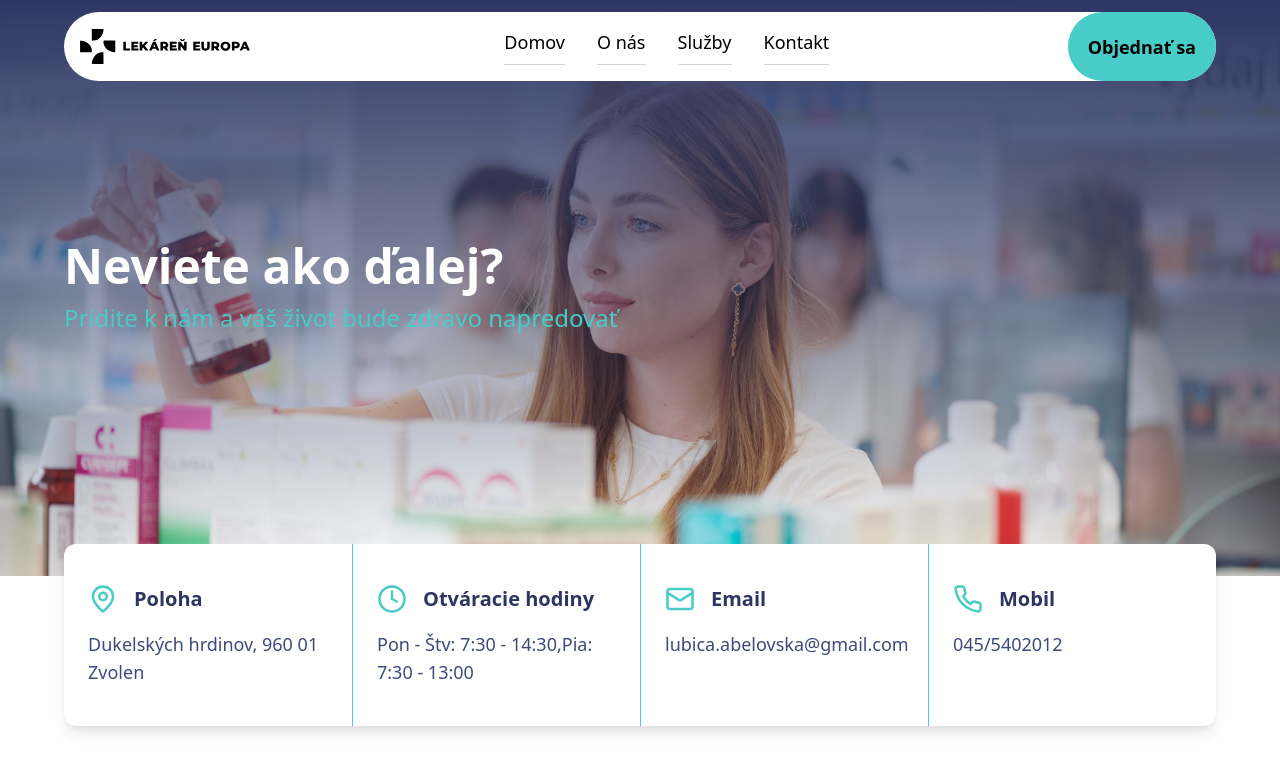
Repository: SimonSkoda13/Lekaren
Page: /
The author's editor kept a copy of each file at every save. The page is drawn from the files as they stood at one save, then again after the next save.
The browser window is 1280 px wide. The pictures show the whole page.
The project was rebuilt for these pictures with package versions that can differ from the ones it lists, and the page was loaded fresh each time. The framework's server and built-in components were replaced by stand-ins that run in the browser. Also part of the build but not shown: next.config.js.

Above is the page before, as saved 2023-04-22 20:10:08.

After the next save:
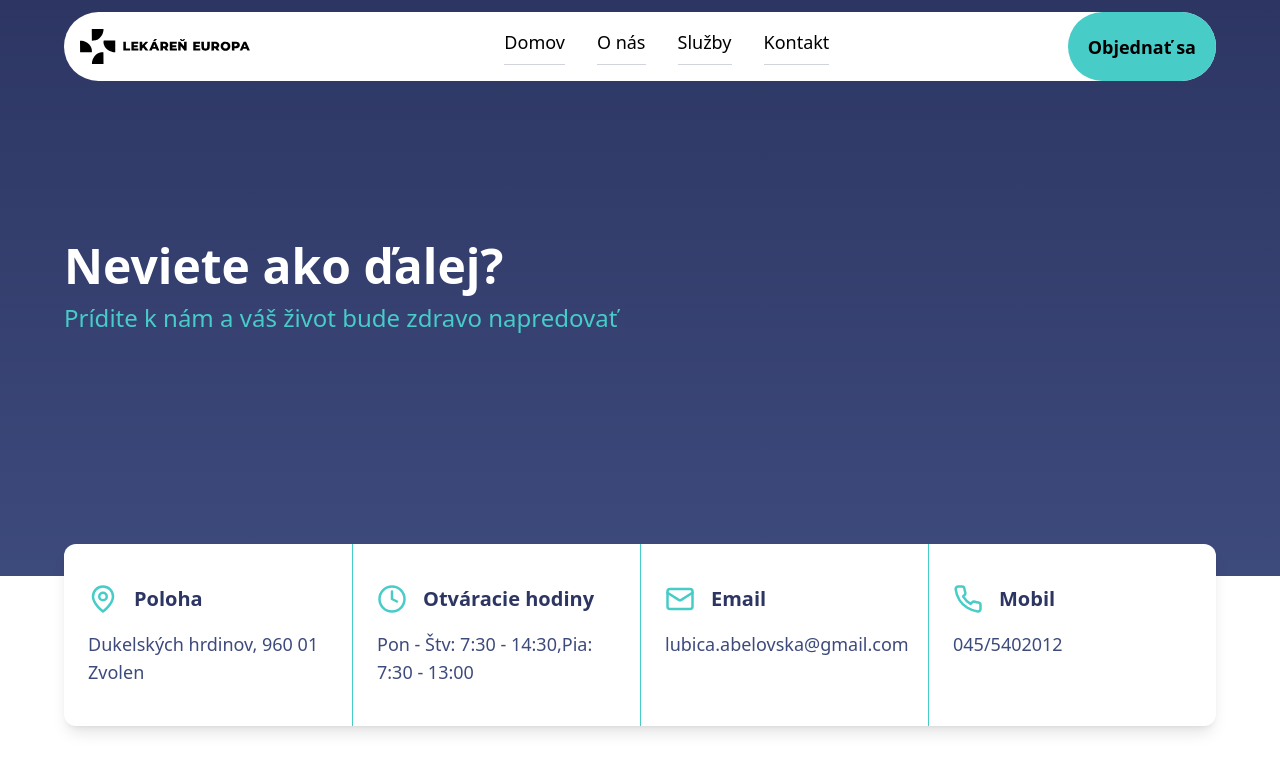
Saved 27 s later.
--- a/src/app/components/HomeHero/ImageGradient/ImageGradient.tsx
+++ b/src/app/components/HomeHero/ImageGradient/ImageGradient.tsx
@@ -8,7 +8,7 @@ export const ImageGradient = (props: ImageGradientProps) => {
   const { children } = props;
   return (
     <div className="relative w-full h-full overflow-hidden z-10">
-      <div className="absolute inset-0 z-10 bg-gradient-to-b from-secondary"></div>
+      <div className="absolute inset-0 z-10 bg-gradient-to-b from-secondary to-secondary-light"></div>
       {children}
     </div>
   );
